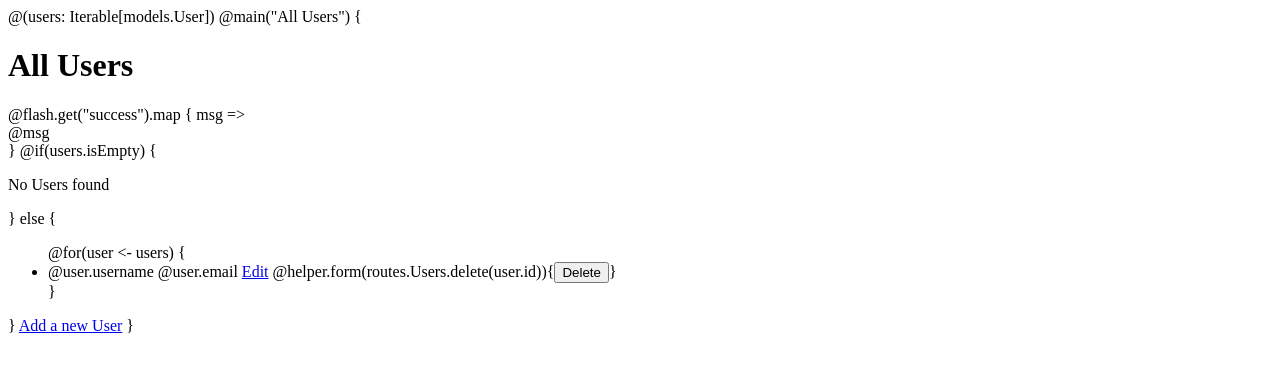
Repository: mlvhub/Learning
Page: Scala/Play!/UserAdmin/app/views/users/list.scala.html
These files come from the project's save history. The page is drawn as it stood at one moment and after the next save; the edit follows.
The browser window is 1280 px wide. The pictures show the whole page.

Above is the page before, as saved 2013-12-31 23:59:15.

After the next save:
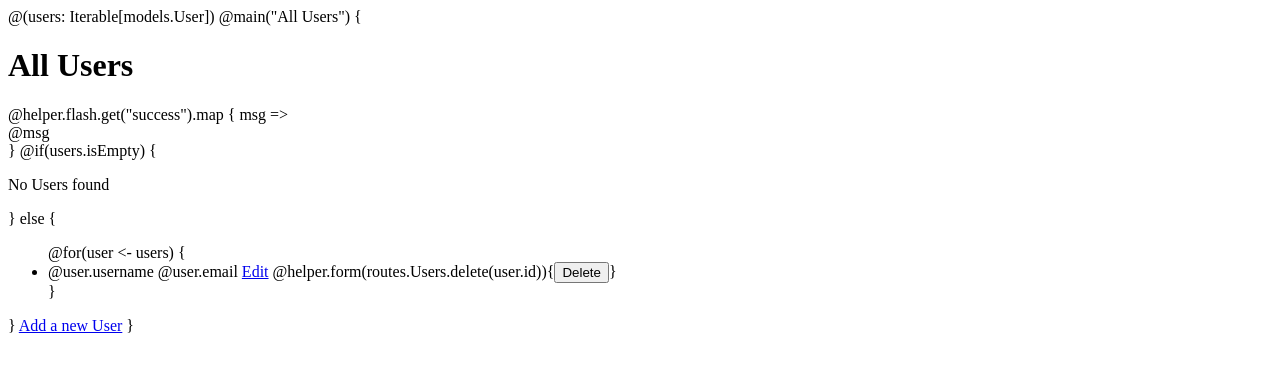
Saved 5 min 47 s later.
--- a/Scala/Play!/UserAdmin/app/views/users/list.scala.html
+++ b/Scala/Play!/UserAdmin/app/views/users/list.scala.html
@@ -2,7 +2,7 @@
 
 @main("All Users") {
   <h1>All Users</h1>
-  @flash.get("success").map { msg =>
+  @helper.flash.get("success").map { msg =>
       <div class="flash">@msg</div>
   }
   @if(users.isEmpty) {
